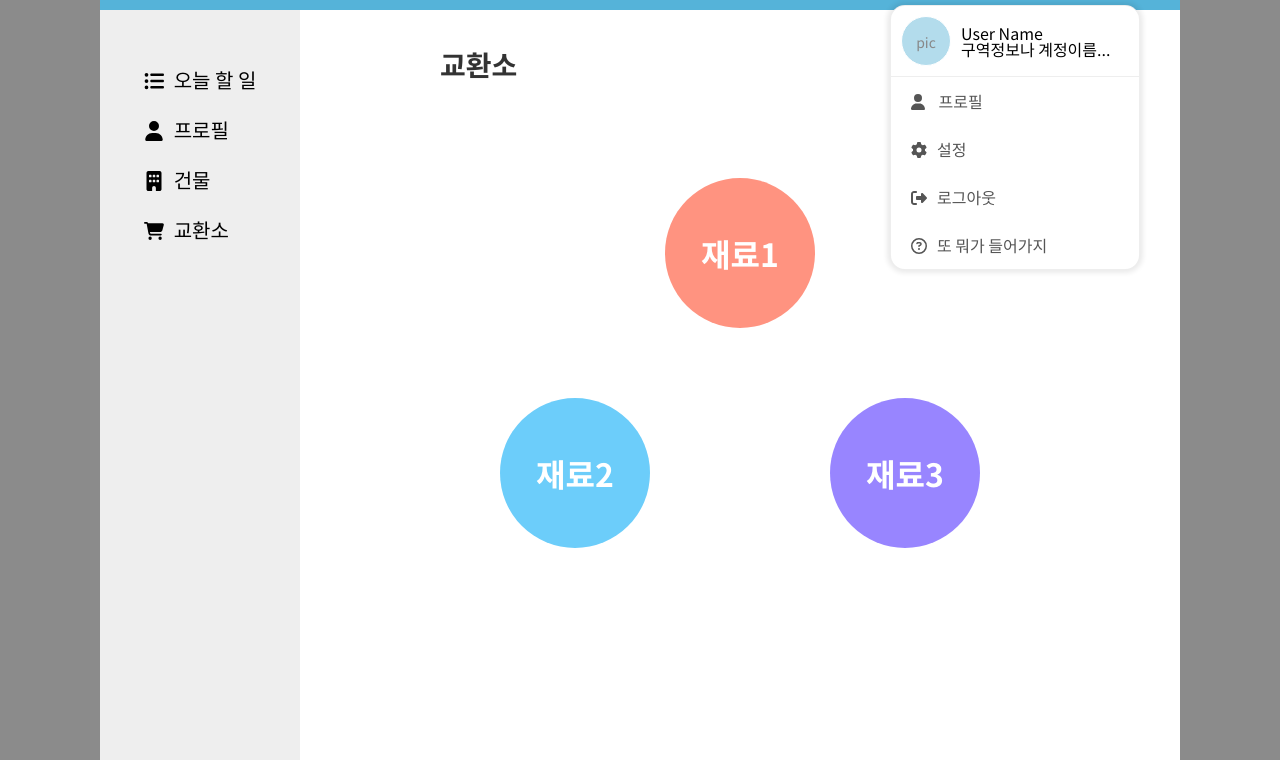
Repository: sunoo-lee/toVillage-old
Page: /#/trade
The author's editor kept a copy of each file at every save. The page is drawn from the files as they stood at one save, then again after the next save.
The browser window is 1280 px wide. The pictures show the whole page.
The project was rebuilt for these pictures with package versions that can differ from the ones it lists, and the page was loaded fresh each time. Also part of the build but not shown: src/routes/Auth.js, src/components/Todo.js, src/components/AddForm.js, src/components/Main.js, src/routes/Home.js, src/components/MyProfile.js, src/routes/Profile.js, src/components/Area.module.css and 2 more.

Above is the page before, as saved 2022-10-13 04:01:55.

### src/components/App.js
import React, { useState } from "react";
import AppRouter from "./Router";

function App() {
  const [isLoggedIn, setIsLoggedIn] = useState(true);
  const onClick = () => {
    setIsLoggedIn(!isLoggedIn);
  };

  const [isDropdown, setIsDropdown] = useState(true);
  const [isNav, setIsNav] = useState(false);
  const toggleDropdown = () => {
    setIsDropdown(!isDropdown);
    console.log("dropdown: " + isDropdown);
  };
  const toggleNav = () => {
    setIsNav(!isNav);
    console.log("Nav: " + isNav);
  };
  return (
    <>
      <AppRouter
        toggleDropdown={toggleDropdown}
        isDropdown={isDropdown}
        toggleNav={toggleNav}
        isNav={isNav}
        onClick={onClick}
        isLoggedIn={isLoggedIn}
      />
    </>
  );
}

export default App;

### src/style.css
@import url("https://fonts.googleapis.com/css2?family=Noto+Sans+KR:wght@400;500;700&display=swap");

* {
  box-sizing: border-box;
}

html,
body {
  padding: 0;
  margin: 0;
  font-family: "Noto Sans KR", -apple-system, BlinkMacSystemFont, Segoe UI,
    Roboto, Oxygen, Ubuntu, Cantarell, Fira Sans, Droid Sans, Helvetica Neue,
    sans-serif;
}

body {
  display: flex;
  justify-content: center;
  align-items: center;
  height: 800px;
  width: 1080px;
  margin: auto;
  height: 100vh;
  background-color: #9dbac7;
  background-color: #8b8b8b;
}

.container {
  background-color: aliceblue;
  background-color: #ffffff;
  min-width: 600px;
  width: 1080px;
  height: 800px;
  padding-left: 200px;
  padding-top: 50px;
  display: flex;
  justify-content: center;
}

### src/components/Router.js
import { HashRouter as Router, Routes, Route } from "react-router-dom";
import Auth from "../routes/Auth";
import Home from "../routes/Home";
import Profile from "../routes/Profile";
import Building from "../routes/Building";
import Trade from "../routes/Trade";
import Header from "./Header";
import Navigation from "./Navigation";

const AppRouter = ({
  toggleDropdown,
  isDropdown,
  toggleNav,
  isNav,
  onClick,
  isLoggedIn,
}) => {
  return (
    <Router>
      {isLoggedIn}
      <Header
        toggleDropdown={toggleDropdown}
        isDropdown={isDropdown}
        toggleNav={toggleNav}
      />
      <Navigation isNav={isNav} />
      <Routes>
        {isLoggedIn ? (
          <>
            <Route
              exact
              path="/"
              element={<Home onClick={onClick} isLoggedIn={isLoggedIn} />}
            />
            <Route path="/profile" element={<Profile />} />
            <Route path="/building" element={<Building />} />
            <Route path="/trade" element={<Trade />} />
          </>
        ) : (
          <>
            <Route exact path="/" element={<Auth />} />
          </>
        )}
      </Routes>
    </Router>
  );
};

export default AppRouter;

### src/routes/Trade.js
import React from "react";
import TradingShop from "../components/TradingShop";

const Trade = () => {
  return (
    <>
      <div className={"container"}>
        <TradingShop />
      </div>
    </>
  );
};

export default Trade;

### src/components/Header.js
import { React, useState } from "react";
import styles from "./Header.module.css";
import { FontAwesomeIcon } from "@fortawesome/react-fontawesome";
import { faBars, faUser } from "@fortawesome/free-solid-svg-icons";
import Dropdown from "./Dropdown";

const Header = ({ toggleDropdown, isDropdown, toggleNav }) => {
  return (
    <header id={styles.header}>
      <div className={styles.container}>
        <div className={styles.header_left}>
          <button onClick={toggleNav} className={styles.toggle_btn}>
            <FontAwesomeIcon icon={faBars} />
          </button>
        </div>
        <div className={styles.header_center}>
          {/* {new Date().getFullYear()}/{new Date().getMonth() + 1}/
        {new Date().getDate()} */}
        </div>
        <div className={styles.header_right}>
          <button onClick={toggleDropdown}>
            <FontAwesomeIcon icon={faUser} />
          </button>
          {isDropdown ? <Dropdown /> : <></>}
        </div>
      </div>
    </header>
  );
};

export default Header;

### src/components/Navigation.js
import { React } from "react";
import { Link } from "react-router-dom";
// import MiniProfile from "./MiniProfile";
import styles from "./Navigation.module.css";
import { FontAwesomeIcon } from "@fortawesome/react-fontawesome";
import {
  faUser,
  faBuilding,
  faCartShopping,
  faListUl,
} from "@fortawesome/free-solid-svg-icons";

const Navigation = ({ isNav }) => {
  if (isNav) {
  }
  return (
    <nav id={styles.nav} className={isNav ? styles.active : ""}>
      {/* <MiniProfile /> */}
      <div className={styles.container}>
        <ul>
          <li>
            <Link to="/">
              <FontAwesomeIcon icon={faListUl} />
              <span>오늘 할 일</span>
            </Link>
          </li>
          <li>
            <Link to="/profile">
              <FontAwesomeIcon icon={faUser} />
              <span>프로필</span>
            </Link>
          </li>
          <li>
            <Link to="/building">
              <FontAwesomeIcon icon={faBuilding} />
              <span>건물</span>
            </Link>
          </li>
          <li>
            <Link to="/trade">
              <FontAwesomeIcon icon={faCartShopping} />
              <span>교환소</span>
            </Link>
          </li>
        </ul>
        {/* <button onClick={onClick}>SIGN OUT</button> */}
      </div>
    </nav>
  );
};

export default Navigation;

### src/components/TradingShop.js
import React from "react";
import styles from "./TradingShop.module.css";
const TradingShop = () => {
  return (
    <div className={styles.container}>
      <h1>
        <span className={styles.title}>교환소</span>
      </h1>
      <div className={styles.table}>
        <ul>
          <li>
            <div className={`${styles.materials} ${styles.material_1}`}>
              재료1
            </div>
          </li>
          <li>
            <div className={`${styles.materials} ${styles.material_2}`}>
              재료2
            </div>
          </li>
          <li>
            <div className={`${styles.materials} ${styles.material_3}`}>
              재료3
            </div>
          </li>
        </ul>
      </div>
    </div>
  );
};

export default TradingShop;

### src/components/Header.module.css
:root {
  --theme_color: #55b3d9;
}

#header {
  position: absolute;
  width: 1080px;
  z-index: 100;
}

.container {
  background-color: #bce5f5;
  background-color: var(--theme_color);
  width: 100%;
  height: 50px;
  display: flex;
  justify-content: space-between;
  align-items: center;
  padding: 0 40px;
}
.header_left .toggle_btn {
  width: 30px;
  height: 30px;
  border: none;
  outline: none;
  border-radius: 50%;
  background-color: whitesmoke;
  background-color: transparent;
  color: #ffffff;
  cursor: pointer;
  font-size: 1.3rem;
}
.header_center {
  font-weight: 700;
  font-size: 1.4em;
}

.header_right button {
  width: 30px;
  height: 30px;
  border: none;
  outline: none;
  border-radius: 50%;
  background-color: whitesmoke;
  cursor: pointer;
  text-align: center;
  color: var(--theme_color);
}

### src/components/Dropdown.js
import React from "react";
import styles from "./MyProfile.module.css";
import { FontAwesomeIcon } from "@fortawesome/react-fontawesome";
import {
  faUser,
  faGear,
  faRightFromBracket,
} from "@fortawesome/free-solid-svg-icons";
import { faCircleQuestion } from "@fortawesome/free-regular-svg-icons";

const Dropdown = () => (
  <div className={styles.card}>
    <div className={styles.userBx}>
      <div className={styles.imgbx}>pic</div>
      <div className={styles.userinfo}>
        <p>User Name</p>
        <p>구역정보나 계정이름...</p>
      </div>
    </div>
    <ul className={styles.menu}>
      <li>
        <FontAwesomeIcon icon={faUser} /> <span>프로필</span>
      </li>
      <li>
        <FontAwesomeIcon icon={faGear} />
        <span>설정</span>
      </li>
      <li>
        <FontAwesomeIcon icon={faRightFromBracket} />
        <span>로그아웃</span>
      </li>
      <li>
        <FontAwesomeIcon icon={faCircleQuestion} />
        <span>또 뭐가 들어가지</span>
      </li>
    </ul>
  </div>
);

export default Dropdown;

### src/components/Navigation.module.css
#nav {
  width: 200px;
  height: 800px;
  position: absolute;
  z-index: 50;
  padding-top: 50px;
  background-color: #eeeeee;
  display: flex;
  align-items: center;
  flex-direction: column;
  padding: 60px 10px 10px;
}

#nav.active {
  background-color: #58a8eb;
}

.container {
  position: relative;
  margin-top: 10px;
  width: 100%;
  border-radius: 20px;
  padding: 20px 0;
  display: flex;
  flex-direction: column;
  align-items: center;
}
.container ul {
  text-align: left;
}
.container ul li {
  padding: 0 20px;
  height: 40px;
  border-radius: 25px;
  margin: 10px 0;
  transition: 0.2s;
}
.container ul li:hover {
  background-color: var(--theme_color);
}
.container ul li a {
  font-size: 20px;
  color: #696969;
  color: #000000;
  font-weight: 500;
  text-decoration: none;
  line-height: 40px;
}

.container ul li a svg {
  width: 20px;
  margin-right: 10px;
}

.container button {
  position: absolute;
  bottom: 20px;
  padding: 7px 10px;
  border-radius: 5px;
  border: none;
  outline: none;
  font-size: 1em;
  font-weight: 700;
  background-color: #58a8eb;
  color: #ffffff;
  cursor: pointer;
}

### src/components/Main.module.css
:root {
  --theme_color: #55b3d9;
}

.container {
  margin-top: 40px;
  width: 600px;
}

.container h1 {
  margin-bottom: 20px;
}

.title {
  font-size: 28px;
  font-weight: 700;
  color: #333333;
}

.list {
  width: 600px;
  /* margin: 20px 0; */
}

.list .item {
  background-color: #ffffff;
  padding: 5px 0;
  line-height: 28px;
  display: flex;
  align-items: center;
  justify-content: space-between;
  border-bottom: 1px solid #c7c7c7;
}

.list .item:first-child {
  border-top: 1px solid #c7c7c7;
}

.list .item input[type="checkbox"] {
  width: 20px;
  height: 20px;
  border-radius: 50px;
  border: 1px solid #999999;
  appearance: none;
  margin-right: 10px;
}
.list .item input[type="checkbox"]:hover {
  background-color: #b3dcec;
}
.list .item input[type="checkbox"]:checked {
  background: var(--theme_color);
  border: none;
}
.list .item div {
  margin: auto 0;
  display: flex;
}
.list .item div button {
  border-radius: 50%;
  border: none;
  margin: auto 3px;
  height: 24px;
  width: 24px;
  box-shadow: 0 0 3px 0 #00000088;
  background-color: #ffffff;
  color: #333333;
}

.add_form {
  position: relative;
}

.add_form .list_input {
  margin: 5px 0;
  width: 600px;
  font-size: 16px;
  padding: 7px 15px;
  border: 1px solid #c7c7c7;
  border-radius: 5px;
}

.add_form .list_input:focus {
  outline: none;
  border: 1px solid var(--theme_color);
}

.add_form .add_btn {
  display: block;
  position: absolute;
  right: 0;
  font-size: 14px;
  background-color: var(--theme_color);
  border: 1px solid var(--theme_color);
  /* border: none; */
  border-radius: 5px;
  padding: 5px 10px;
  color: #ffffff;
  font-weight: 700;
  cursor: pointer;
}

### src/components/MyProfile.module.css
:root {
  --border_option: 1px solid #666666;
  /* --border_option: none; */
  --shadow_option: 0 0 5px 1px #00000088;
  --theme_color: #55b3d9;
}
.container {
  display: flex;
  flex-direction: column;
  justify-content: flex-start;
  align-items: center;
  padding: 60px;
}

.pic {
  width: 200px;
  height: 200px;
  background-color: #ffffff;
  border-radius: 50%;
  box-shadow: 0 15px 50px #00000041;
  line-height: 200px;
  text-align: center;
  font-size: 20px;
  color: #888888;
  font-weight: 700;
  margin-bottom: 30px;
}
.nickname {
  color: #666666;
  font-size: 36px;
  font-weight: 700;
  margin-bottom: 20px;
}
.area {
  font-size: 26px;
  font-weight: 700;
  color: #888888;
}
.materials {
  display: flex;
  margin: 40px 0;
}
.materials li {
  margin: 0 10px;
}
.materials div {
  width: 80px;
  height: 80px;
  background-color: #ffffff;
  border-radius: 50%;
  line-height: 80px;
  text-align: center;
  margin-bottom: 10px;
  color: #666666;
  border-radius: 50%;
  background-color: #55b4d975;
  font-size: 1.2em;
  color: #999999;
}
.materials span {
  display: block;
  width: 80px;
  text-align: center;
  font-size: 1.6em;
  color: #555555;
  line-height: 1.2em;
  font-weight: 600;
}
.box_btn {
  border-radius: 5px;
  padding: 16px 20px;
  border: none;
  outline: none;
  font-size: 1.4em;
  font-weight: 700;
  background-color: var(--theme_color);
  color: #ffffff;
  cursor: pointer;
}

/* ----------------------mini profile-------------------------- */

.card {
  position: absolute;
  width: 250px;
  height: 265px;
  background-color: #ffffff;
  border-radius: 15px;
  box-shadow: 0 0 5px 3px #00000015;
  border: 1px solid #00000011;
  overflow: hidden;
  right: 40px;
  top: 45px;
}
.userBx {
  position: relative;
  display: flex;
  align-items: center;
  padding: 10px;
}

.imgbx {
  border: 1px solid #ffffff;
  position: relative;
  width: 50px;
  height: 50px;
  background-color: #b3dcec;
  border-radius: 50%;
  font-size: 14px;
  text-align: center;
  color: #888888;
  line-height: 50px;
  margin-right: 10px;
}

.menu {
  position: absolute;
  width: 100%;
  height: auto;
  border-top: 1px solid #00000011;
}
.menu li {
  padding: 0 20px;
  color: #555555;
  cursor: pointer;
}
.menu li:hover {
  background-color: #c9dee6;
}
.menu li span {
  display: inline-block;
  margin: 16px 10px;
}

### src/components/TradingShop.module.css
.container {
  margin-top: 40px;
  width: 600px;
}

.container h1 {
  margin-bottom: 20px;
}

.container h1 .title {
  position: relative;
  font-size: 28px;
  font-weight: 700;
  color: #333333;
}

.container .table ul li {
  position: relative;
}

.container .table .materials {
  width: 150px;
  height: 150px;
  color: #333333;
  font-size: 32px;
  font-weight: 700;
  color: #ffffff;
  border: none;
  border-radius: 50%;
  text-align: center;
  line-height: 150px;
  position: absolute;
}

.container .table .material_1 {
  background-color: #ff9380;
  left: 50%;
  top: 80px;
  transform: translateX(-50%);
}
.container .table .material_2 {
  background-color: #6ccdfa;
  top: 300px;
  left: 10%;
}
.container .table .material_3 {
  background-color: #9885ff;
  top: 300px;
  right: 10%;
}

Loaded but not shown: public/index.html (common file); src/index.js (common file); src/reset.css (common file)

After the next save:
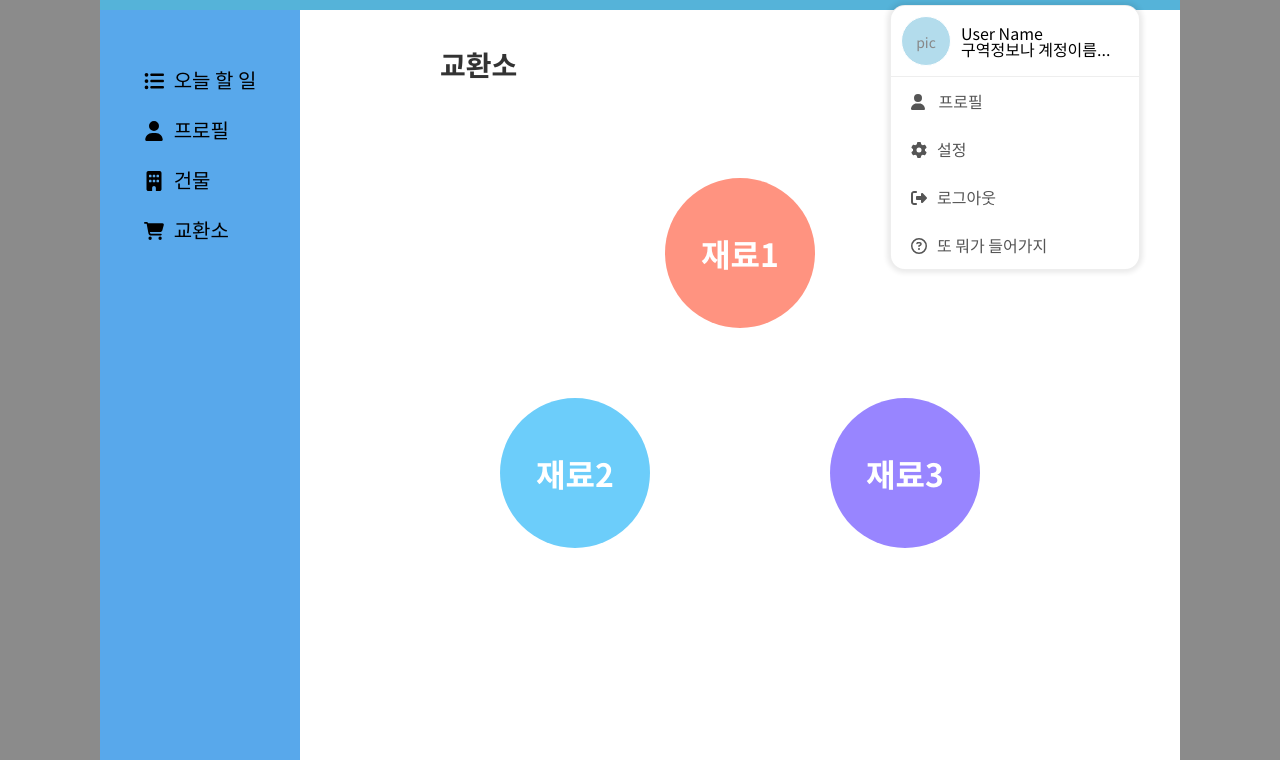
Saved 29 s later.
--- a/src/components/App.js
+++ b/src/components/App.js
@@ -8,7 +8,7 @@ function App() {
   };
 
   const [isDropdown, setIsDropdown] = useState(true);
-  const [isNav, setIsNav] = useState(false);
+  const [isNav, setIsNav] = useState(true);
   const toggleDropdown = () => {
     setIsDropdown(!isDropdown);
     console.log("dropdown: " + isDropdown);

After the save that followed:
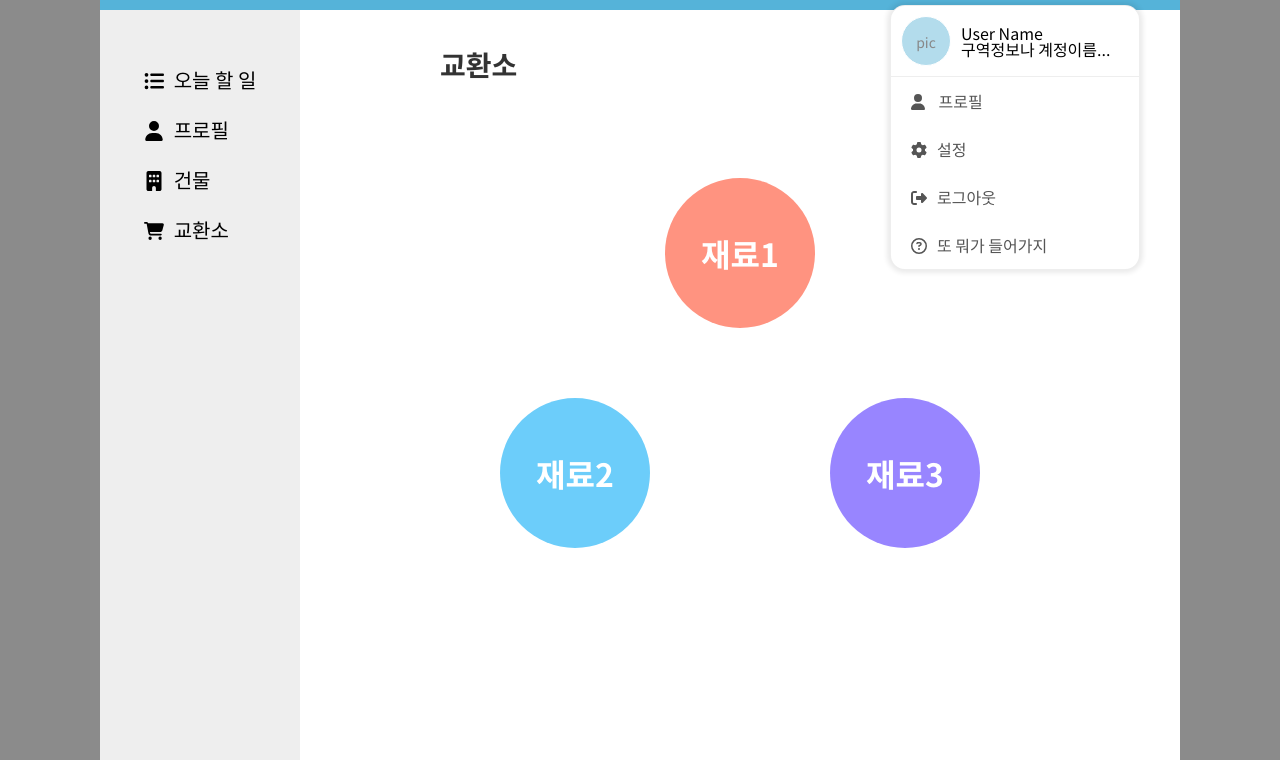
Saved 10 min 41 s later.
--- a/src/components/Navigation.js
+++ b/src/components/Navigation.js
@@ -14,7 +14,7 @@ const Navigation = ({ isNav }) => {
   if (isNav) {
   }
   return (
-    <nav id={styles.nav} className={isNav ? styles.active : ""}>
+    <nav id={styles.nav} className={isNav ? styles.nav.active : ""}>
       {/* <MiniProfile /> */}
       <div className={styles.container}>
         <ul>
